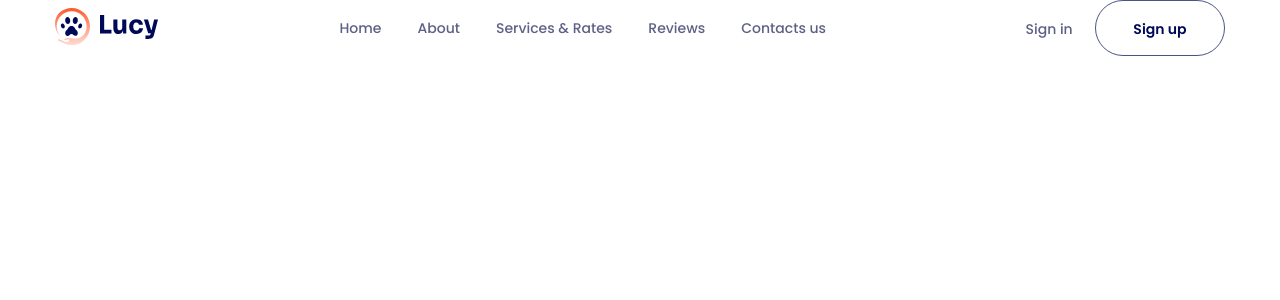
Repository: empty24062002/f8-project-05
Page: index.html
An editor plug-in stored every save of this project. The page is shown before and after the next save, followed by the edit.
The browser window is 1280 px wide. The pictures show the whole page.

Above is the page before, as saved 2023-09-09 16:55:03.

After the next save:
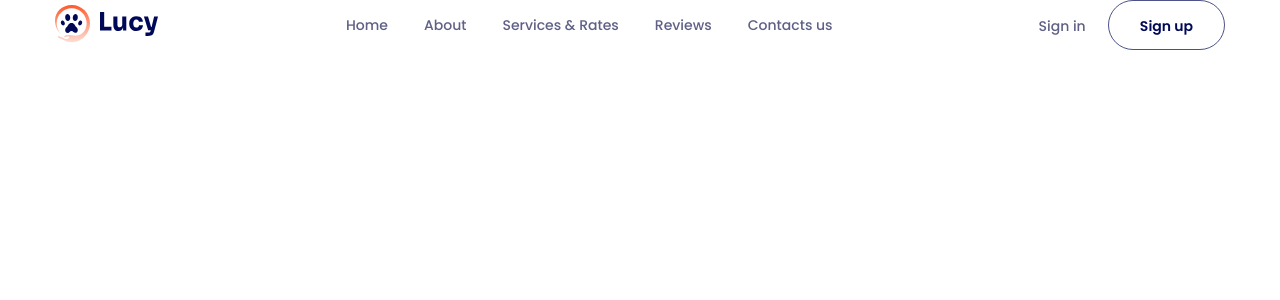
Saved 55 s later.
--- a/assets/css/styles.css
+++ b/assets/css/styles.css
@@ -79,4 +79,7 @@ a {
 }
 
 .header-action__btn {
+    --height: 50px;
+
+    min-width: 117px;
 }
